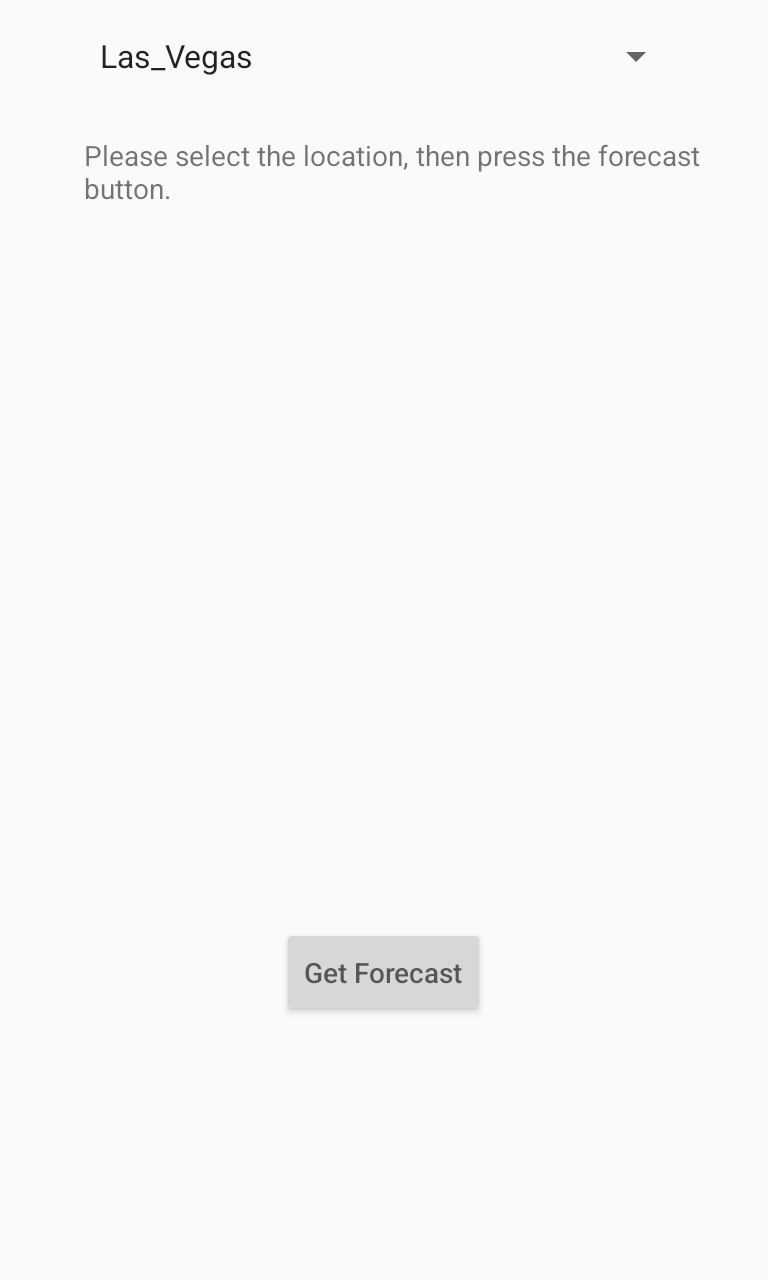
Repository: g80349/Java1
Layout: Week2/Weather/res/layout/activity_main.xml
An editor plug-in stored every save of this project. The layout is shown before and after the next save, followed by the edit.
It is drawn on a 768 x 1280 px phone screen (xhdpi) without system bars, with theme AppTheme; the app's code is not run. Lists and similar views that code fills are empty.

Above is the layout before, as saved 2014-04-09 23:48:15.

### Week2/Weather/res/layout/activity_main.xml
<RelativeLayout xmlns:android="http://schemas.android.com/apk/res/android"
    xmlns:tools="http://schemas.android.com/tools"
    android:layout_width="match_parent"
    android:layout_height="match_parent"
    android:paddingBottom="@dimen/activity_vertical_margin"
    android:paddingLeft="@dimen/activity_horizontal_margin"
    android:paddingRight="@dimen/activity_horizontal_margin"
    android:paddingTop="@dimen/activity_vertical_margin"
    tools:context="com.example.weather.MainActivity$PlaceholderFragment" >

    <Spinner
        android:id="@+id/location"
        android:layout_width="300dp"
        android:layout_height="wrap_content"
        android:layout_alignParentTop="true"
        android:layout_centerHorizontal="true"
        android:entries = "@array/location_array" />

    <TextView
        android:id="@+id/forecast"
        android:layout_width="wrap_content"
        android:layout_height="wrap_content"
        android:layout_alignLeft="@+id/location"
        android:layout_below="@+id/location"
        android:layout_marginTop="28dp"
        android:text="@string/forecast_text" />

    <Button
        android:id="@+id/enter"
        android:layout_width="wrap_content"
        android:layout_height="wrap_content"
        android:layout_alignParentBottom="true"
        android:layout_centerHorizontal="true"
        android:layout_marginBottom="114dp"
        android:hint="@string/enter_button"
        android:onClick="onClick" />

    <GridView
        android:id="@+id/gridView1"
        android:layout_width="match_parent"
        android:layout_height="wrap_content"
        android:layout_alignLeft="@+id/forecast"
        android:layout_below="@+id/forecast"
        android:numColumns="3" >
    </GridView>

</RelativeLayout>

### Week2/Weather/res/values/strings.xml
<?xml version="1.0" encoding="utf-8"?>
<resources>

    <string name="app_name">Weather</string>
    <string name="forecast_text">Please select the location, then press the forecast button.</string>
    <string name="action_settings">Settings</string>
    <string-array name = "location_array">
        <item>Las_Vegas</item>
        <item>Henderson</item>
        <item>North_Las_Vegas</item>
        <item>Stateline</item>
    </string-array>
    <string name="enter_button">Get Forecast</string>

</resources>

Loaded but not shown: Week2/Weather/res/values/styles.xml (common file); Week2/Weather/res/values-v11/styles.xml (common file); Week2/Weather/res/values-v14/styles.xml (common file); Week2/Weather/res/values/dimens.xml (common file); Week2/Weather/res/values-w820dp/dimens.xml (common file)

After the next save:
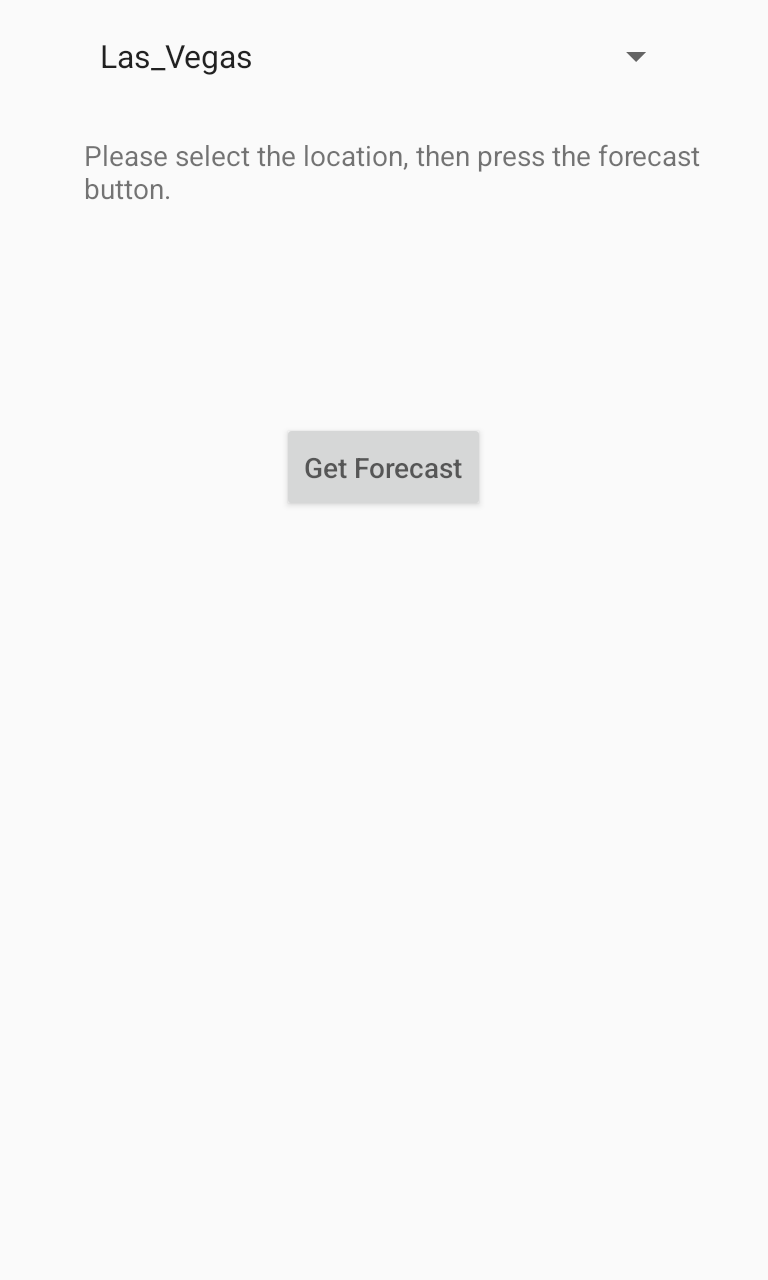
Saved 8 min 23 s later.
--- a/Week2/Weather/res/layout/activity_main.xml
+++ b/Week2/Weather/res/layout/activity_main.xml
@@ -29,19 +29,10 @@
         android:id="@+id/enter"
         android:layout_width="wrap_content"
         android:layout_height="wrap_content"
-        android:layout_alignParentBottom="true"
+        android:layout_below="@+id/forecast"
         android:layout_centerHorizontal="true"
-        android:layout_marginBottom="114dp"
+        android:layout_marginTop="106dp"
         android:hint="@string/enter_button"
         android:onClick="onClick" />
 
-    <GridView
-        android:id="@+id/gridView1"
-        android:layout_width="match_parent"
-        android:layout_height="wrap_content"
-        android:layout_alignLeft="@+id/forecast"
-        android:layout_below="@+id/forecast"
-        android:numColumns="3" >
-    </GridView>
-
 </RelativeLayout>
